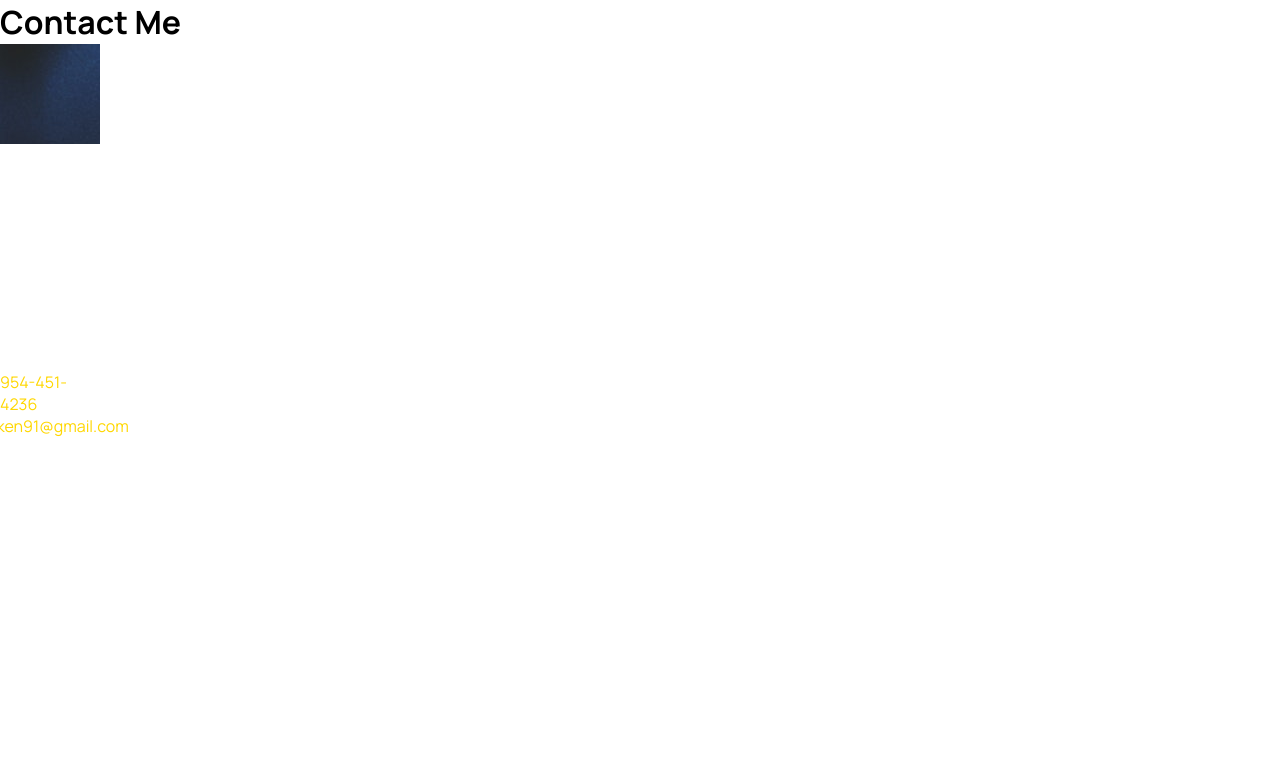
Repository: elaiken/portfolio
Page: /contact-me
These files come from the project's save history. The page is drawn as it stood at one moment and after the next save; the edit follows.
The browser window is 1280 px wide. The pictures show the whole page.
The project was rebuilt for these pictures with package versions that can differ from the ones it lists, and the page was loaded fresh each time. Also part of the build but not shown: src/components/Error.js, src/components/Home.js, src/components/Projects.js.

Above is the page before, as saved 2021-11-26 13:35:47.

### public/index.html
<!DOCTYPE html>
<html lang="en">
  <head>
    <meta charset="utf-8" />
    <link rel="icon" href="%PUBLIC_URL%/favicon.ico" />
    <meta name="viewport" content="width=device-width, initial-scale=1" />
    <meta name="theme-color" content="#000000" />
    <meta
      name="description"
      content="Elliott A Aiken II | Looking for Front-end Role"
    />
    <link rel="apple-touch-icon" href="%PUBLIC_URL%/logo192.png" />
    <!--
      manifest.json provides metadata used when your web app is installed on a
      user's mobile device or desktop. See https://developers.google.com/web/fundamentals/web-app-manifest/
    -->
    <link rel="manifest" href="%PUBLIC_URL%/manifest.json" />
    <link rel="preconnect" href="https://fonts.googleapis.com">
<link rel="preconnect" href="https://fonts.gstatic.com" crossorigin>
<link href="https://fonts.googleapis.com/css2?family=Manrope:wght@200;400;700&family=Poppins:ital,wght@0,500;1,300;1,400&family=Source+Sans+Pro:ital,wght@0,400;0,600;1,300;1,400&display=swap" rel="stylesheet">


    <title>Elliott A Aiken II | Looking for Front-end Role </title>
  </head>
  <body>
    <noscript>You need to enable JavaScript to run this app.</noscript>
    <div id="root"></div>

  </body>
</html>

### src/index.css
:root {
  --background-image:linear-gradient(120deg,hsl(800, 100%, 35%),rgba(200, 84, 69, 0.67));
  --background-overlay:rgba(0,0,0,0.4)
}


*{
  margin: 0;
  padding: 0;
  box-sizing: border-box;
}

ul {
  list-style-type: none;
}

a {
  font-family: inherit;
  text-decoration: none;
  color:gold;




}

img {
  max-width: 100%;
}
body{
  font-family: "Manrope", sans-serif;
  overflow: hidden;
}

/* Menu button */

.menu-btn {
  position: absolute;
  right: 80px;
  margin-top: 50px;
  z-index: 9999999;
}

 .menu-btn button {
  background-color: transparent;
  font-size: 36px;
  color: #fff;
  border:none;
  cursor:pointer;

}

/* Header */

.header {
  position: absolute;
  right: 0;
  height: 0;
  overflow: hidden;
  width: 200px;
  transition: all 0.5s ease-in-out;

}

.header.open {
  height: 100vh;
  background-color:var(--background-overlay);


}

.header nav ul {
  display: flex;
  flex-direction: column;
  align-items: center;
  justify-content: center;
  min-height: 100vh;
}

.header nav ul li {
  margin:20px 0;
}




/* HomePAGE */
.home {
  background: url(./pexels-andre-moura-4021521.jpg);
  background-repeat:no-repeat ;
  background-size: cover;
  background-position:center;
  height: 100vh;
}

.home .overlay {
background-color:var(--background-image);
display: flex;
flex-direction: column ;
align-items: center;
justify-content: center;
min-height: 100vh;
color: white ;
text-align: center;
}

.home .overlay h1 {
  text-transform: uppercase ;
  font-size: 96px;
}
.home .overlay p {
  font-size: 36px;
}

.home .overlay ul {
  display: flex;
  align-items: center;
  justify-content: center;
  margin-top: 30px ;
}

.home .overlay ul li {
  margin: 0 20px;
}

.home .overlay ul li a {
  font-size: 46px;
}

/* Contact */
.contacts{
  background-image: url(./pexels-oleg-magni-861121.jpg);
  max-width: 100px;
height: 100px;
}
.contacts ul {
  display: flex;
  flex-direction: column;
  align-items: center;
  justify-content: center;
  min-height: 100vh;
}

@media (max-width: 992px) {
  .homepage .overlay h1 {
    font-size: 64px;
  }

  @media (max-width: 500px) {
    .menu-btn{
      right:30px
    }
  .homepage .overlay h1 {
    font-size: 48px;
  }
  .homepage .overlay p {
    font-size: 20px;
    margin-top: 20px;
  }
  .homepage .overlay ul li a {
    font-size: 24px;
}
  }
}

### src/App.js
import { BrowserRouter, Route, Routes } from "react-router-dom"
import Error from "./components/Error";
import Home from "./components/Home";
import Menu from "./components/Menu";
import Projects from "./components/Projects";
import Contacts from "./components/Contacts";



const App = () => {
  return (
    <BrowserRouter >
      <Menu />
      <Routes>
        <Route exact path='/' element={<Home />}>
        </Route>
        <Route path="/projects" element={<Projects />}>
        </Route>
        <Route path="contact-me" element={<Contacts />}>
        </Route>
        <Route path="/*" element={<Error />}>
        </Route>
      </Routes>
    </BrowserRouter>
  );
}
export default App;

### src/components/Menu.js
import { useState } from "react"

import { Link } from "react-router-dom"

import { BiMenuAltRight } from "react-icons/bi"
import { navbar } from "../data/navbar"




const Menu = () => {
    const [isOpen, setIsOpen] = useState(false);
    const [links, setLinks] = useState(navbar)


    return (
        <>



            <div className="menu-btn">
                <button onClick={() => setIsOpen(!isOpen)}>
                    <BiMenuAltRight />
                </button >
            </div>
            <header className={`${isOpen ? "header open" : "header"}`}>
                <nav>
                    <ul>
                        {links.map((link) => {
                            const { id, title, url } = link

                            return (
                                <li key={id} onClick={() => setIsOpen(false)}>
                                    <Link to={url}>{title}</Link>
                                </li>
                            )
                        })}
                    </ul>
                </nav>

            </header>

        </>
    )
}

export default Menu

### src/components/Contacts.js
const Contacts = () => {
    return (
        <>
            <h1> Contact Me </h1>
            <div className="contacts">

                <ul>
                    <li>
                        <a href="tel:9544514236">954-451-4236</a>
                    </li>
                    <li>
                        <a href="mailto:Elaiken91@gamil.com">Elaiken91@gmail.com</a>
                    </li>
                </ul>
            </div>
        </>
    )
}

export default Contacts

### src/data/navbar.js
import { v4 as uuidv4 } from "uuid";


export const navbar = [
    {
        id: uuidv4(),
        title: "Home",
        url: "/"
    },

    {
        id: uuidv4(),
        title: "Projects",
        url: "/projects"
    },

    {
        id: uuidv4(),
        title: "Contacts",
        url: "/contact-me"
    }
]

Loaded but not shown: src/index.js (common file); src/reportWebVitals.js (common file)

After the next save:
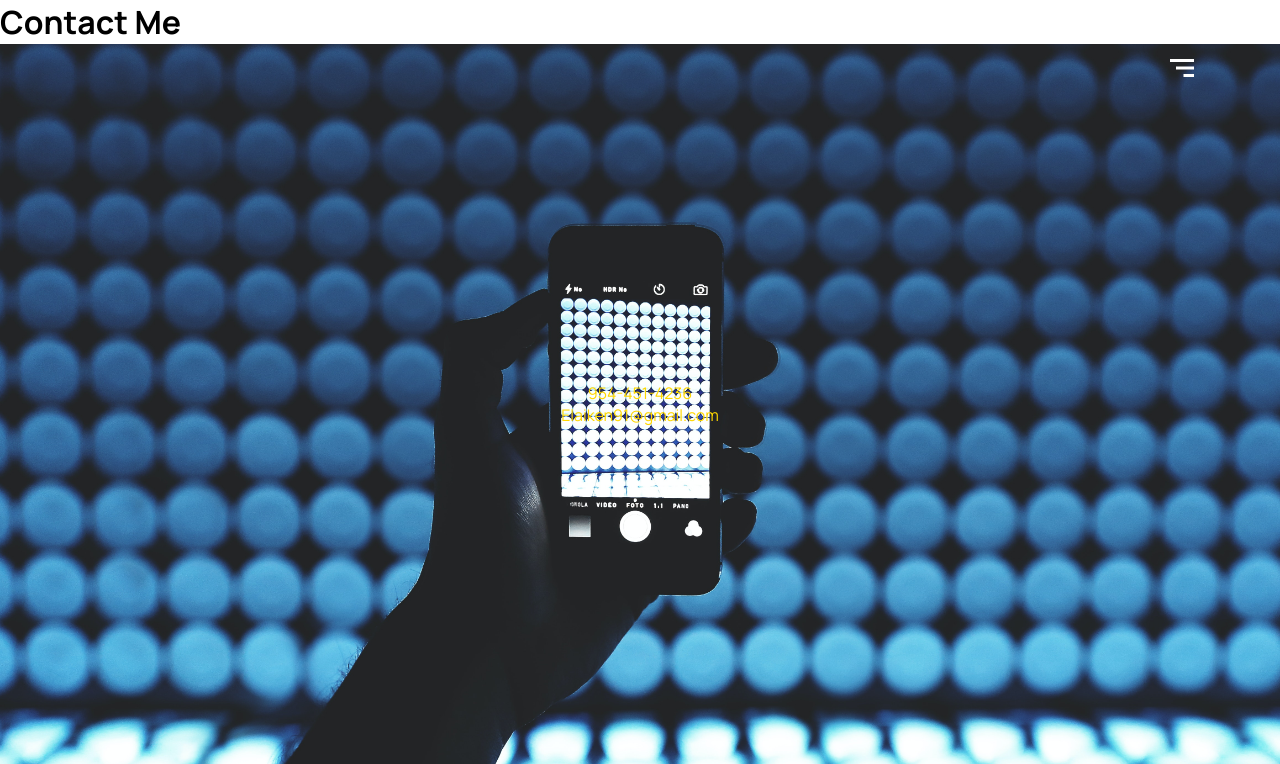
Saved 28 s later.
--- a/src/index.css
+++ b/src/index.css
@@ -130,8 +130,10 @@ text-align: center;
 /* Contact */
 .contacts{
   background-image: url(./pexels-oleg-magni-861121.jpg);
-  max-width: 100px;
-height: 100px;
+  background-repeat:no-repeat ;
+  background-size: cover;
+  background-position:center;
+  height: 100vh;
 }
 .contacts ul {
   display: flex;
